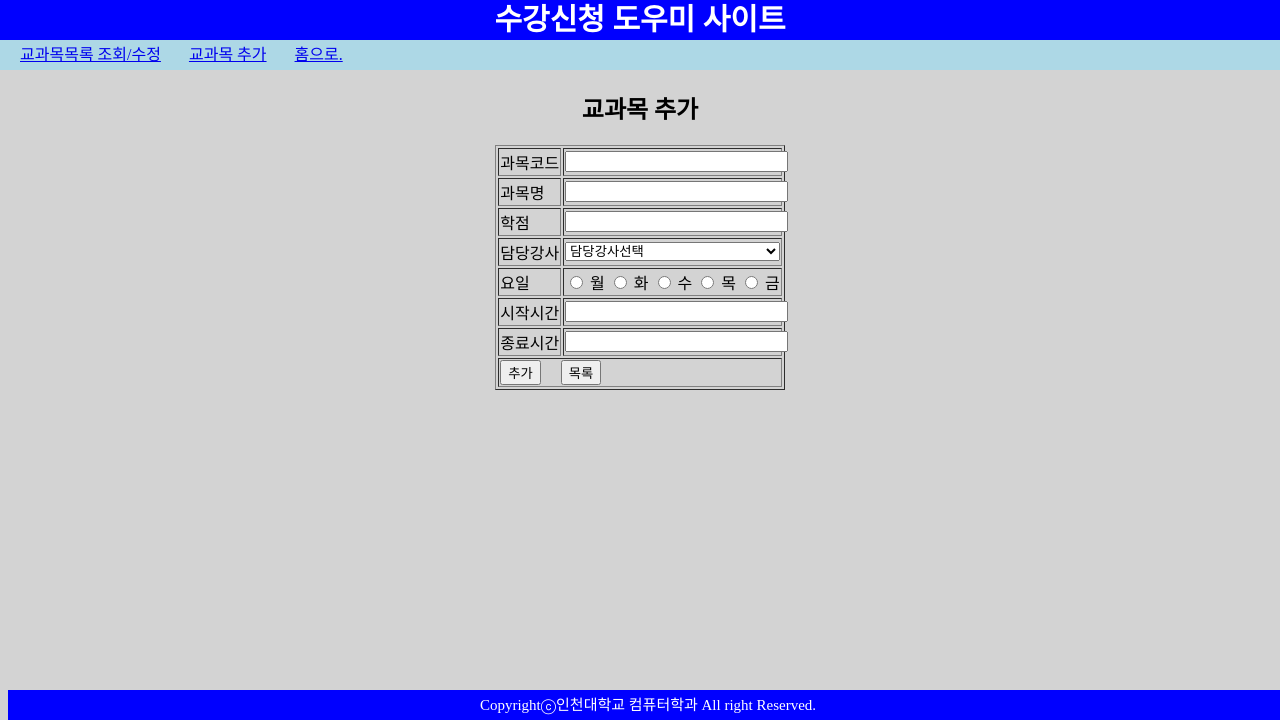
Repository: leesuyeon116/HRD_2
Page: http://localhost/HRD_0419/insert.jsp
An editor plug-in stored every save of this project. The page is shown before and after the next save, followed by the edit.
The browser window is 1280 px wide. The pictures show the whole page.
The page is served by Tomcat 9. Other server files are loaded and not shown.

Above is the page before, as saved 2024-04-19 06:24:23.

### HRD_0419/src/main/webapp/insert.jsp
<%@ page language="java" contentType="text/html; charset=UTF-8"
    pageEncoding="UTF-8"%>
<!DOCTYPE html>
<html>
<head>
<meta charset="UTF-8">
<title>insert</title>
</head>
<body>
	<jsp:include page="header.jsp"></jsp:include>
    <section style="position: fixed; top: 70px; left: 0px; width: 100%; height: 100%; background-color: lightgray">
    	<h2 style="text-align: center;"><b>교과목 추가</b></h2>
		<form method="post" action="action.jsp" name="frm" style="display: flex; align-items: center; justify-content: center">
			<table border="1">
				<tr>
					<td>과목코드</td>
					<td><input type="text" name="id" style="width: 100%"></td>
				</tr>

				<tr>
					<td>과목명</td>
					<td><input type="text" name="name" style="width: 100%"></td>
				</tr>

				<tr>
					<td>학점</td>
					<td><input type="text" name="credit" style="width: 100%"></td>
				</tr>

				<tr>
					<td>담당강사</td>
					<td>
					<select name="lecturer" style="width: 100%">
						<option value="">담당강사선택</option>
						<option value="1">김교수</option>
						<option value="2">이교수</option>
						<option value="3">박교수</option>
						<option value="4">우교수</option>
						<option value="5">최교수</option>
						<option value="6">임교수</option>
					</select>
					</td>
				</tr>

				<tr>
					<td>요일</td>
					<td>
					<input type="radio" name="week" value="1"> 월
					<input type="radio" name="week" value="2"> 화
					<input type="radio" name="week" value="3"> 수
					<input type="radio" name="week" value="4"> 목
					<input type="radio" name="week" value="5"> 금
					</td>
				</tr>

				<tr>
					<td>시작시간</td>
					<td><input type="text" name="start_hour" style="width: 100%"></td>
				</tr>

				<tr>
					<td>종료시간</td>
					<td><input type="text" name="end_hour" style="width: 100%"></td>
				</tr>
				<tr>
					<td colspan="2">
						<input type="button" value="추가" onclick="addCheck()"> &nbsp; &nbsp;
						<input type="button" value="목록" onclick="search()"> &nbsp; &nbsp;
					</td>
				</tr>
			</table>
		</form>
    </section>
	<jsp:include page="footer.jsp"></jsp:include>
</body>
</html>

### HRD_0419/src/main/webapp/header.jsp
<%@ page language="java" contentType="text/html; charset=UTF-8" pageEncoding="UTF-8"%>
<!DOCTYPE html>
<html>
<head>
    <meta charset="UTF-8">
    <title>header</title>
</head>
<body>
    <header style="position: fixed; top: 0px; left: 0px; width: 100%; height: 40px; line-height: 40px;
        background-color: blue; color: white; text-align: center; font-size: 30px">
        <b>수강신청 도우미 사이트</b>
    </header>

    <nav style="position: fixed; top: 40px; left: 0px; width: 100%; height: 30px; line-height: 30px;
        background-color: lightblue; color: white; padding-left: 20px">
        <a href="list.jsp">교과목목록 조회/수정</a> &nbsp; &nbsp; &nbsp;
        <a href="insert.jsp">교과목 추가</a> &nbsp; &nbsp; &nbsp;
        <a href="index.jsp">홈으로.</a> &nbsp; &nbsp; &nbsp;
    </nav>
</body>
</html>

### HRD_0419/src/main/webapp/footer.jsp
<%@ page language="java" contentType="text/html; charset=UTF-8" pageEncoding="UTF-8"%>
<!DOCTYPE html>
<html>
<head>
    <meta charset="UTF-8">
    <title>footer</title>
</head>
<body>
    <footer style="position: fixed; bottom: 0px; width: 100%; height: 30px; background-color: blue; color: white;
        text-align: center; line-height: 30px; font-size: 15px;">
        Copyrightⓒ인천대학교 컴퓨터학과 All right Reserved.
    </footer>
</body>
</html>

After the next save:
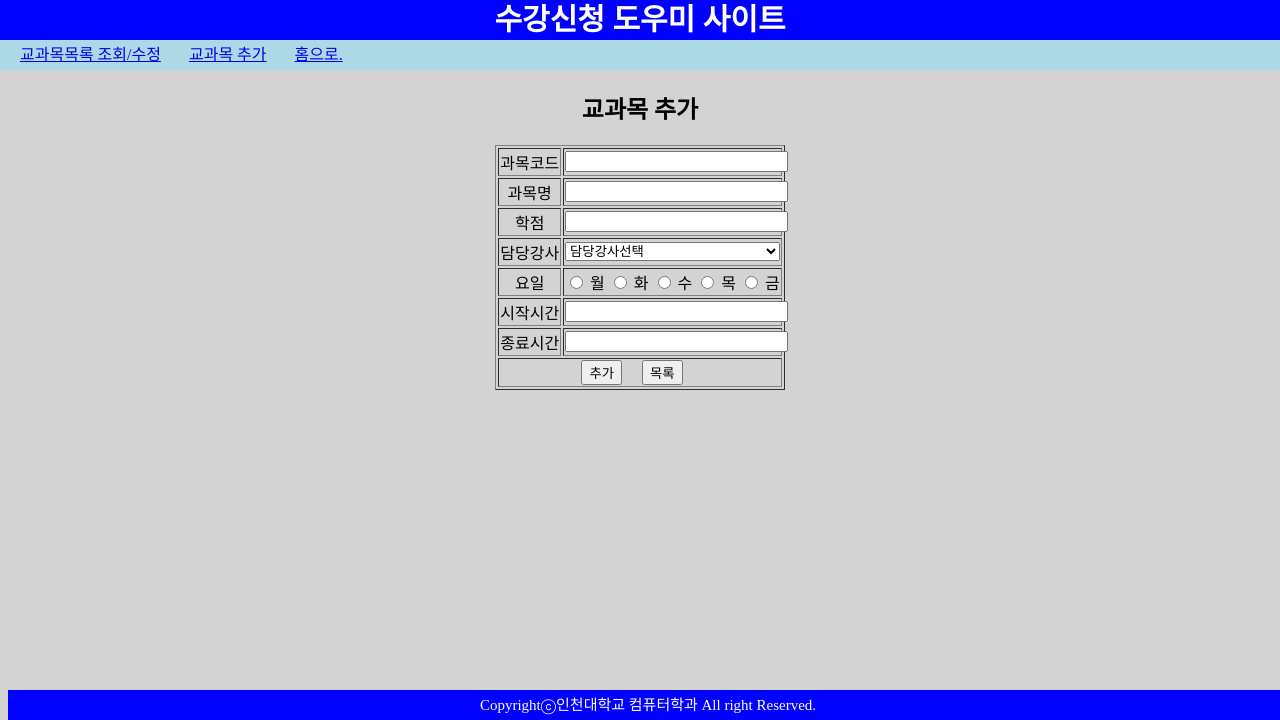
Saved 39 s later.
--- a/HRD_0419/src/main/webapp/insert.jsp
+++ b/HRD_0419/src/main/webapp/insert.jsp
@@ -11,7 +11,7 @@
     <section style="position: fixed; top: 70px; left: 0px; width: 100%; height: 100%; background-color: lightgray">
     	<h2 style="text-align: center;"><b>교과목 추가</b></h2>
 		<form method="post" action="action.jsp" name="frm" style="display: flex; align-items: center; justify-content: center">
-			<table border="1">
+			<table border="1" style="text-align: center;">
 				<tr>
 					<td>과목코드</td>
 					<td><input type="text" name="id" style="width: 100%"></td>
